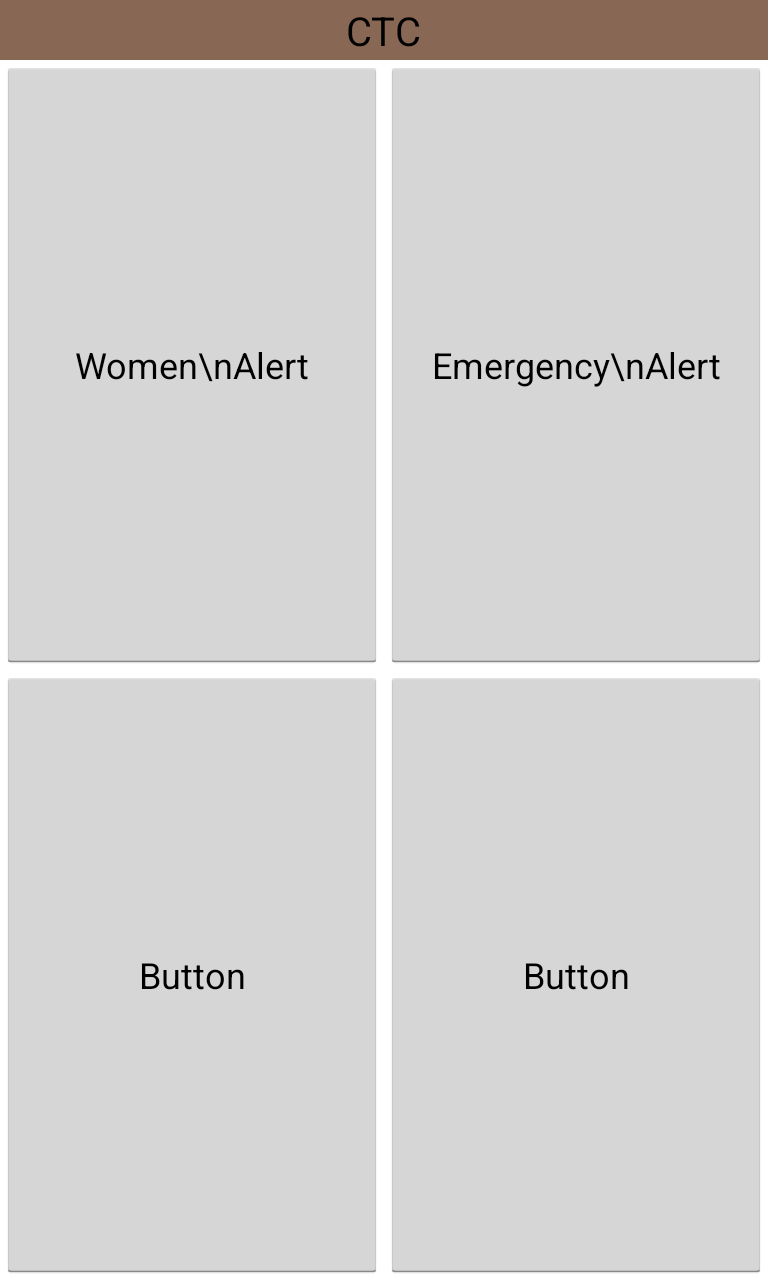
Repository: nilasissen/CTC
Layout: dev/CTC/res/layout/activity_helpdesk.xml
The author's editor kept a copy of each file at every save. The layout is drawn from the files as they stood at one save, then again after the next save.
It is drawn on a 768 x 1280 px phone screen (xhdpi) without system bars, with theme AppTheme; the app's code is not run.

Above is the layout before, as saved 2015-02-08 14:36:33.

After the next save:
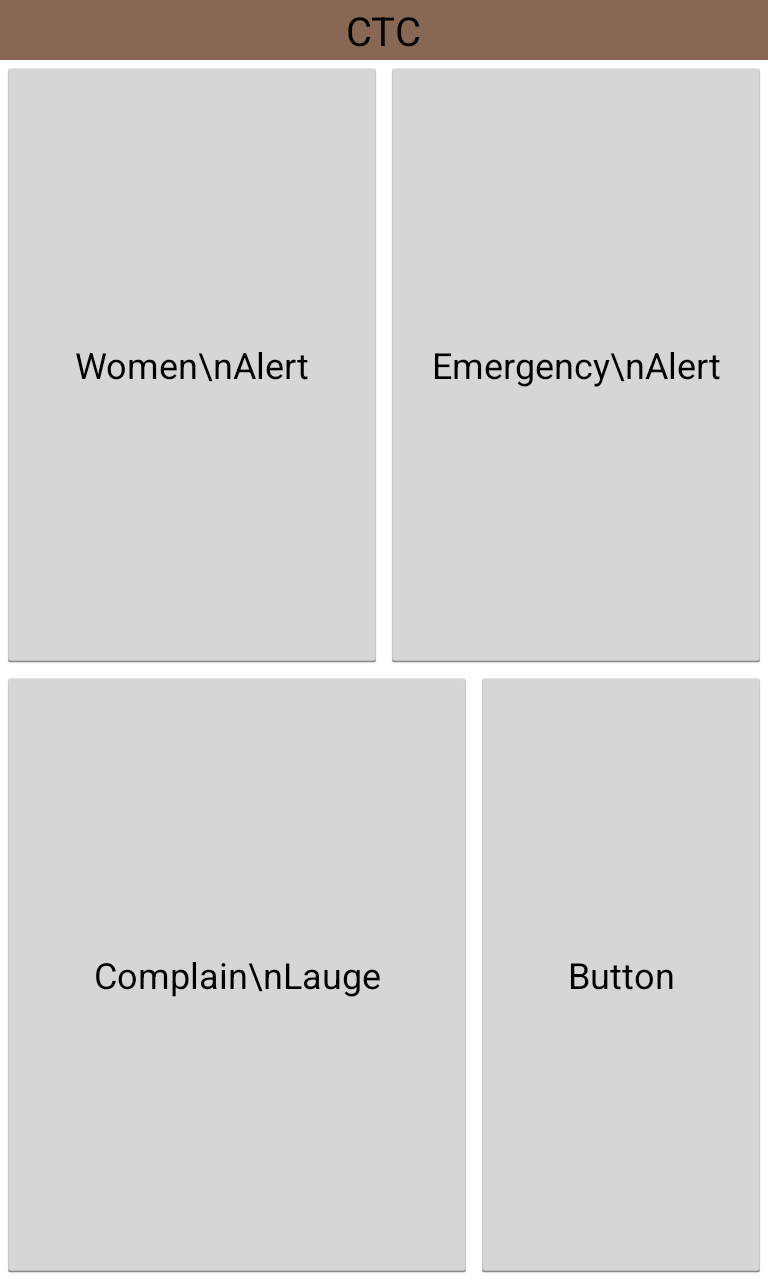
Saved 33 s later.
--- a/dev/CTC/res/layout/activity_helpdesk.xml
+++ b/dev/CTC/res/layout/activity_helpdesk.xml
@@ -65,11 +65,11 @@
                 android:weightSum="2" >
 
                 <Button
-                    android:id="@+id/button3"
+                    android:id="@+id/complianlauge"
                     android:layout_width="wrap_content"
                     android:layout_height="fill_parent"
                     android:layout_weight="1"
-                    android:text="Button" />
+                    android:text="Complain\nLauge" />
 
                 <Button
                     android:id="@+id/button4"
